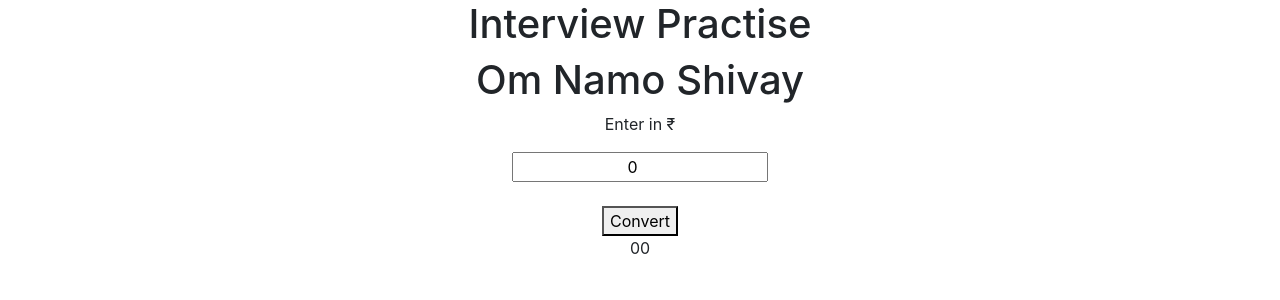
Repository: punitbathija/Machine-Round-React
Page: /
These files come from the project's save history. The page is drawn as it stood at one moment and after the next save; the edit follows.
The browser window is 1280 px wide. The pictures show the whole page.
The project was rebuilt for these pictures with package versions that can differ from the ones it lists, and the page was loaded fresh each time. Also part of the build but not shown: src/components/counter.jsx, src/components/ProgressBar.js.

Above is the page before, as saved 2023-06-01 14:05:52.

After the next save:
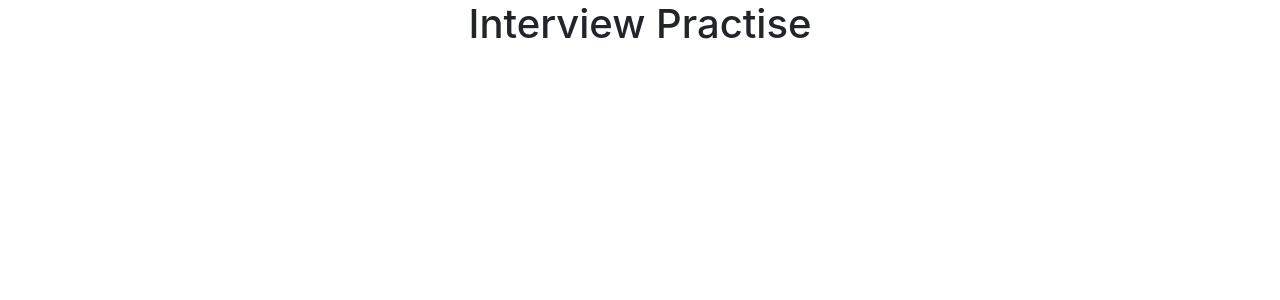
Saved 12 s later.
--- a/src/index.js
+++ b/src/index.js
@@ -13,6 +13,6 @@ root.render(
     {/* <Counter /> */}
     {/* <FetchApi /> */}
     {/* <ProgressBar /> */}
-    <CurrencyCoverter />
+    {/* <CurrencyCoverter /> */}
   </>
 );
